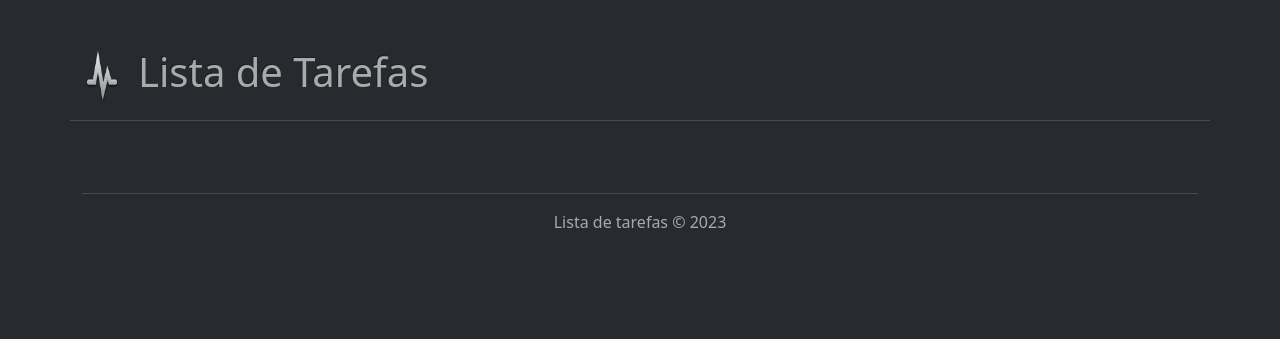
Repository: cargugati/lista_tarefas
Page: frontEnd/new_task.html
These files come from the project's save history. The page is drawn as it stood at one moment and after the next save; the edit follows.
The browser window is 1280 px wide. The pictures show the whole page.

Above is the page before, as saved 2023-03-30 10:32:07.

After the next save:
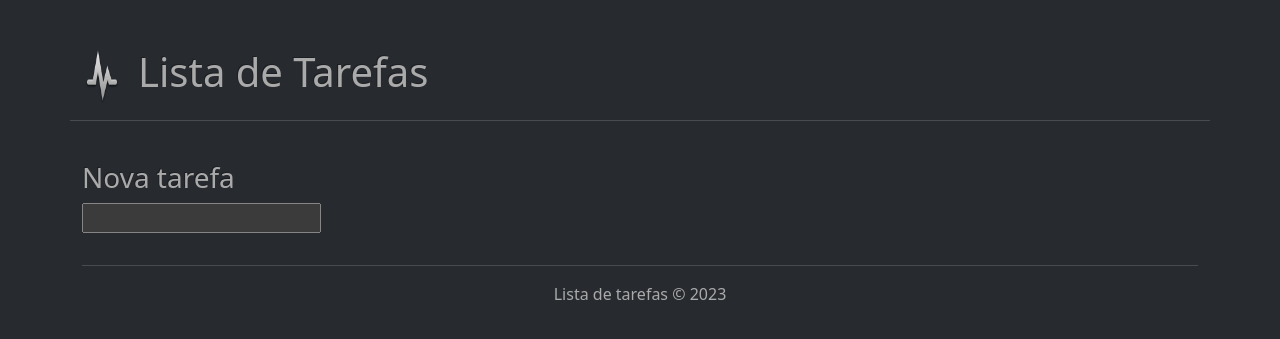
Saved 60 s later.
--- a/frontEnd/new_task.html
+++ b/frontEnd/new_task.html
@@ -29,7 +29,10 @@
 
     <!-- espaço para criar nova tarefa -->
     <div class="row">
-      <div class="col"></div>
+      <div class="col">
+        <h3>Nova tarefa</h3>
+        <input type="text" name="" id="">
+      </div>
     </div>
 
     <!-- dados para o banco de dados
